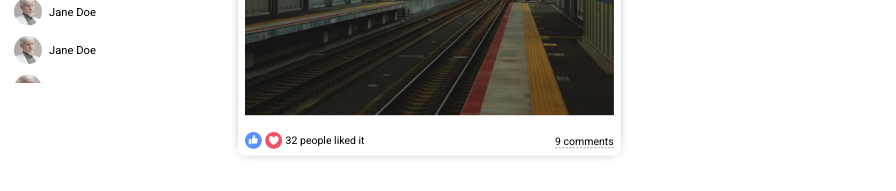
Repository: sevilgenysf/socialmediaapp
Page: /
The author's editor kept a copy of each file at every save. The page is drawn from the files as they stood at one save, then again after the next save.
The browser window is 1280 px wide. The pictures show the part of the page from y = 601 to 2521 px (the page is 874 px tall before and 3210 px after), at 70% of full size.
The project was rebuilt for these pictures with package versions that can differ from the ones it lists, and the page was loaded fresh each time.

Above is the page before, as saved 2022-02-17 10:49:13.

After the next save:
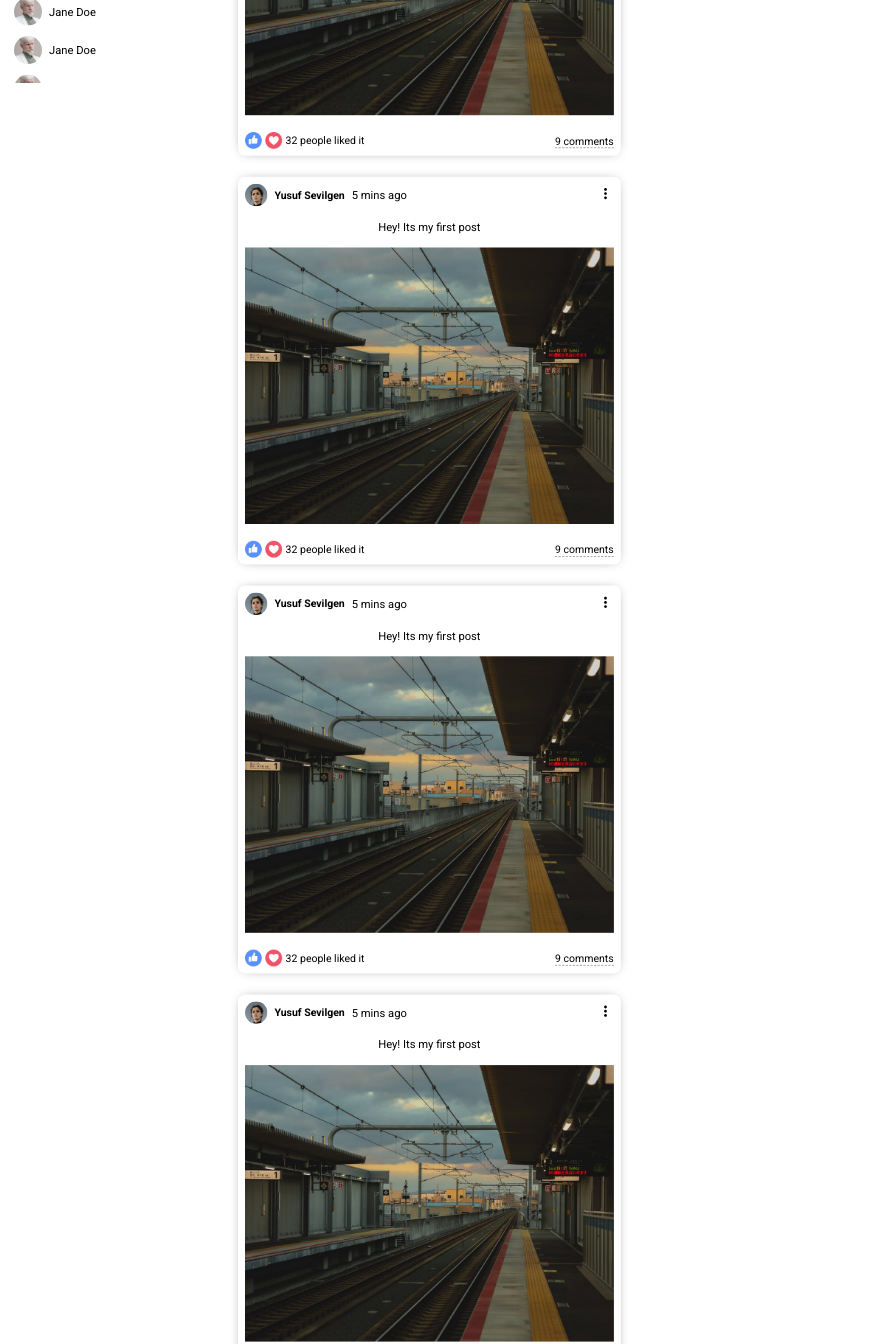
Saved 22 s later.
--- a/src/components/feed/Feed.jsx
+++ b/src/components/feed/Feed.jsx
@@ -9,6 +9,10 @@ const Feed = () => {
 			<div className="feedWrapper">
 				<Share />
 				<Post />
+				<Post />
+				<Post />
+				<Post />
+				<Post />
 			</div>
 		</div>
 	);
